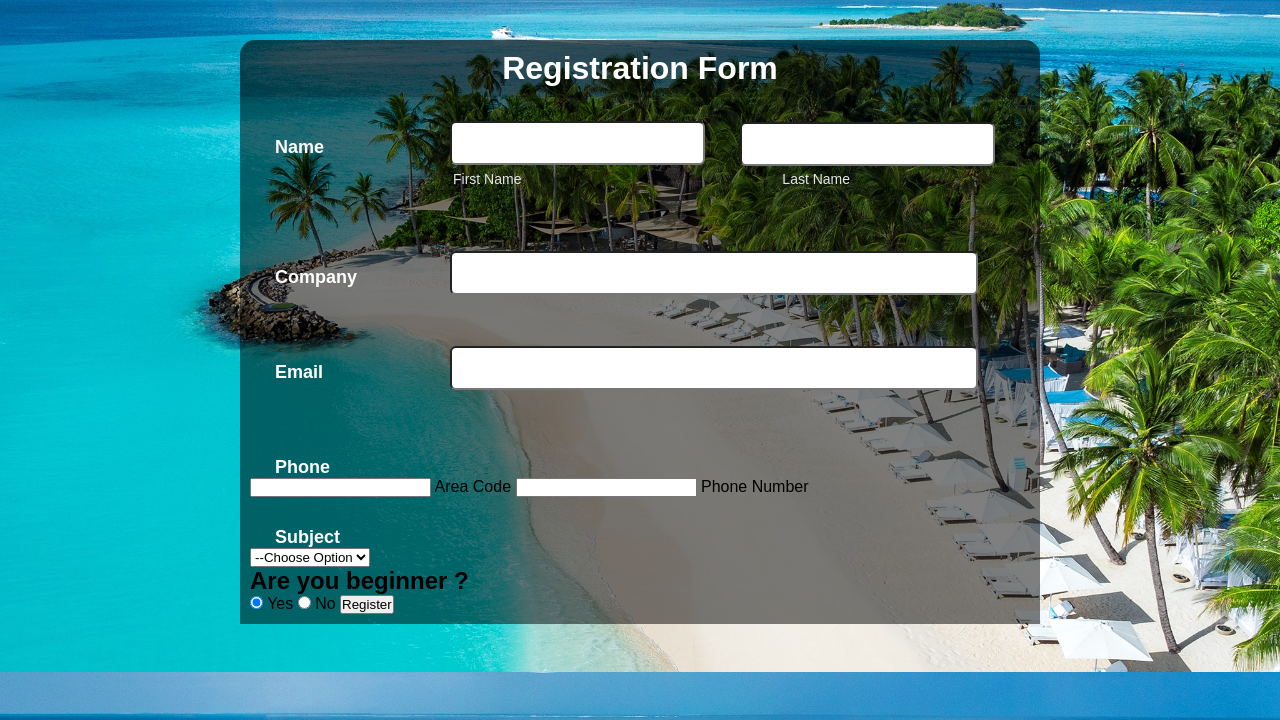
Repository: sudeepa88/Registration-Form
Page: registration.html
These files come from the project's save history. The page is drawn as it stood at one moment and after the next save; the edit follows.
The browser window is 1280 px wide. The pictures show the whole page.

Above is the page before, as saved 2022-01-11 23:32:05.

### registration.html
<!DOCTYPE html>
<html lang="en">
<head>
    <meta charset="UTF-8">
    <meta http-equiv="X-UA-Compatible" content="IE=edge">
    <meta name="viewport" content="width=device-width, initial-scale=1.0">
    <title>Document</title>
    <style type="text/css">
        *{
            margin:0;
            padding:0;
        }
       body{
           background-image: url(img/beach.jpeg);
           background-position: center;
           background-size: cover;
           font-family: sans-serif;
           margin-top: 40px;
       }
       .regform{
           width: 800px;
           background-color: rgb(0,0,0,0.6);
           margin:auto;
           color: #FFFFFF;
           padding: 10px 0px 10px 0px;
           text-align:  center;
           border-radius: 15px 15px 0px 0px;

       }
    .main{
        background-color: rgb(0,0,0,0.5);
        width:800px;
        margin: auto;

    }
    form{
        padding:10px;

    }
   #name{
       width: 100%;
       height: 100px;
   }
   .name{
       margin-left: 25px;
       margin-top: 30px;
       width: 125px;
       color: #FFFFFF;
       font-size: 18px;
       font-weight: 700;
   }
   .firstname{
       position: relative;
       left:200px;
       top:-37px;
       line-height: 40px;
       border-radius: 6px;
       padding: 0 22px;
       font-size: 16px;
   }
   .lastname{
       position:relative;
       left:417px;
       top:-80px;
       line-height: 40px;
       border-radius: 6px;
       padding:0 22px;
       font-size:16px;
       color:#555;
   }
   .firstlabel{
       position: relative;
       color: #E5E5E5;
       text-transform: capitalize;
       font-size: 14px;
       left:203px;
       top: -45px;
   }
   .lastlabel{
    position: relative;
       color: #E5E5E5;
       text-transform: capitalize;
       font-size: 14px;
       left:200px;
       top: -45px;
   }
   .company{
       position: relative;
       left: 200px;
       top:-37px;
       line-height: 40px;
       width: 480px;
       border-radius: 6px;
       padding: 0 22px;
       font-size: 16px;
       color:#555;
   }
   .email{
    position: relative;
       left: 200px;
       top:-37px;
       line-height: 40px;
       width: 480px;
       border-radius: 6px;
       padding: 0 22px;
       font-size: 16px;
       color:#555;

   }
    </style>
</head>
<body>
    <div class="regform"><h1>Registration Form </h1></div>

    <div class="main">
        <form>
             <div id="name">
                 <h2 class="name">Name</h2>
                 <input class ="firstname" type="rext" name="first_name"><br>
                 <label class="firstlabel">first name</label>
                 <input class="lastname" type="text" name="last_name">
                 <label class="lastlabel">last name</label>


             </div>
             <h2 class="name">Company</h2>
             <input class="company" type="text" name="company">

             <h2 class="name">Email</h2>
             <input class="email" type="text" name="email">

             <h2 class="name">Phone</h2>
             <input class="code" type="text" name="area_code">
             <label class="area-code">Area Code </label>
             <input class="number" type="text" name="phone">
             <label class="phone-number">Phone Number</label>

             <h2 class="name">Subject</h2>
             <select class="option" name="subject">
                 <option disabled="disabled" selected="selected">--Choose Option</option>

                 <option>Subject 1</option>
                 <option>Subject 2</option>
                 <option>Subject 3</option>
                 <option>Subject 4</option>
             </select>
             <h2 id="student">Are you beginner ? </h2>
             <label class="radio">
                 <input class="radio-one" type="radio" checked="checked" name="">
                 <span class="checkmark"></span>
                 Yes
             </label>


             <label class="radio">
                <input class="radio-two" type="radio"  name="">
                <span class="checkmark"></span>
                No
            </label>

            <button type="submit">Register</button>
        </form>
    </div>
</body>
</html>

After the next save:
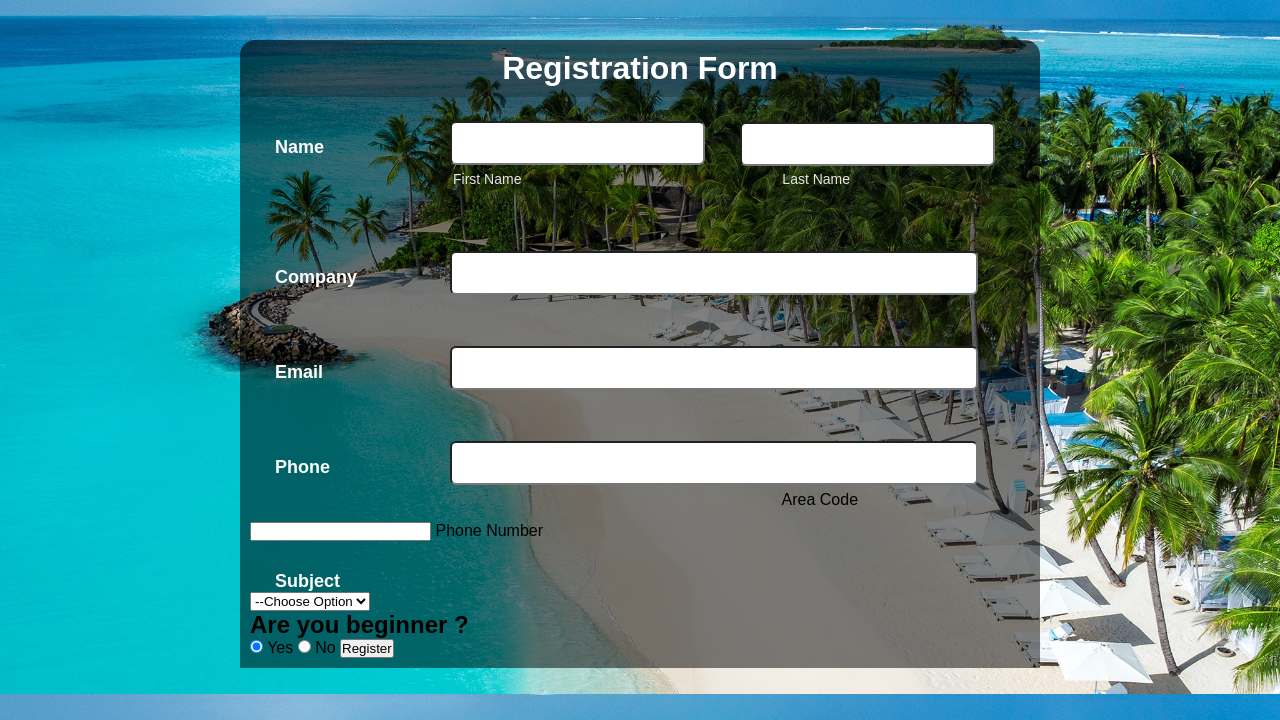
Saved 92 s later.
--- a/registration.html
+++ b/registration.html
@@ -107,6 +107,18 @@
        color:#555;
 
    }
+   .code{
+    position: relative;
+       left: 200px;
+       top:-37px;
+       line-height: 40px;
+       width: 480px;
+       border-radius: 6px;
+       padding: 0 22px;
+       font-size: 16px;
+       color:#555;
+
+   }
     </style>
 </head>
 <body>
